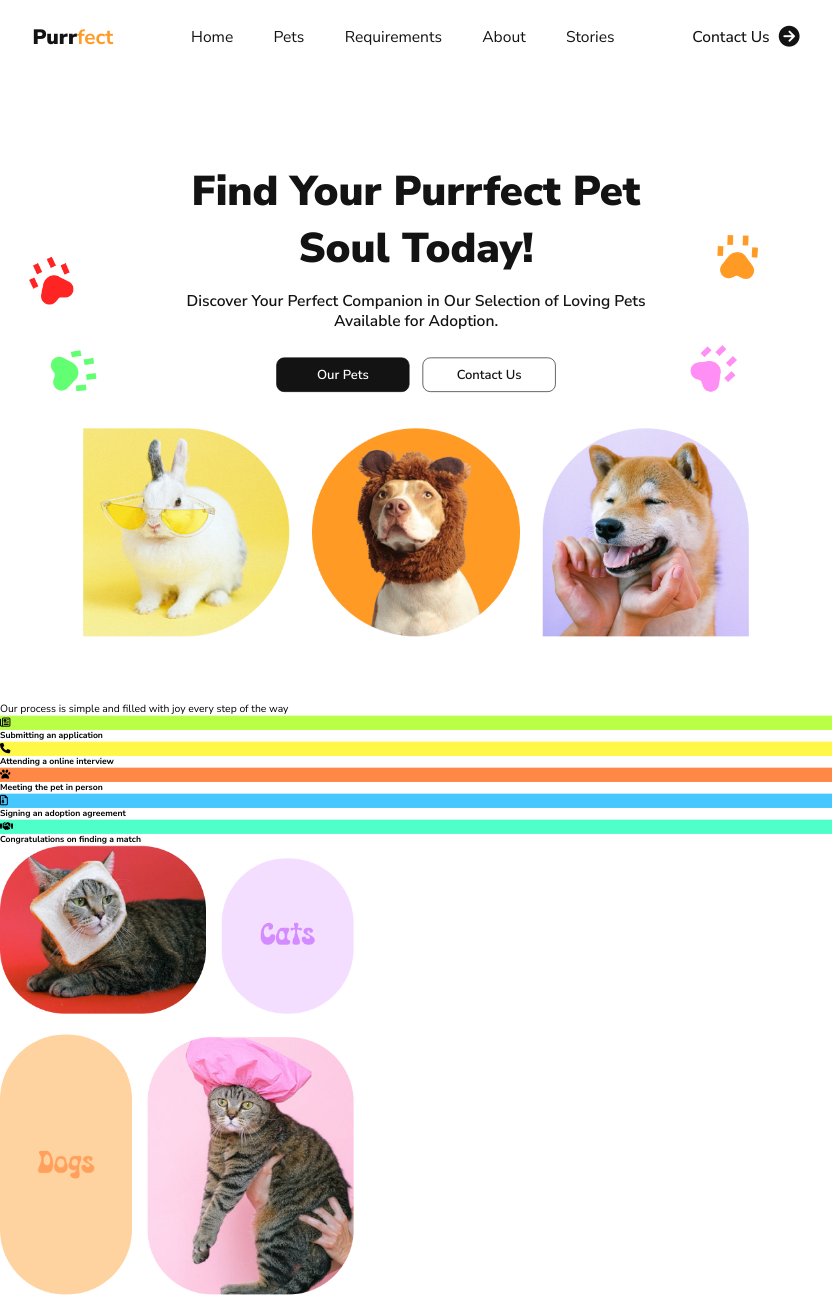
Repository: prashidika/purrfect-pet-adoption
Page: index.html
These files come from the project's save history. The page is drawn as it stood at one moment and after the next save; the edit follows.
The browser window is 1280 px wide. The pictures show the whole page, at 65% of full size.
Some web libraries are served in a nearby version.

Above is the page before, as saved 2025-08-25 08:15:32.

### index.html
<!DOCTYPE html>
<html lang="en">

<head>
    <meta charset="UTF-8" />
    <!-- Use for responsiveness -->
    <meta name="viewport" content="width=device-width, initial-scale=1.0" />
    <!-- link To CSS -->
    <link rel="stylesheet" href="style.css" />
    <!-- link To JS -->
    <script src="index.js" defer></script>
    <!-- For Scroll Reveal -->
    <script src="https://unpkg.com/scrollreveal"></script>
    <!-- For Icons -->
    <link rel="stylesheet" href="https://cdnjs.cloudflare.com/ajax/libs/font-awesome/6.5.2/css/all.min.css"
        integrity="sha512-SnH5WK+bZxgPHs44uWIX+LLJAJ9/2PkPKZ5QiAj6Ta86w+fsb2TkcmfRyVX3pBnMFcV7oQPJkl9QevSCWr3W6A=="
        crossorigin="anonymous" referrerpolicy="no-referrer" />
    <!-- Link For Gsap -->
    <script src="https://cdnjs.cloudflare.com/ajax/libs/gsap/3.12.5/gsap.min.js"
        integrity="sha512-7eHRwcbYkK4d9g/6tD/mhkf++eoTHwpNM9woBxtPUBWm67zeAfFC+HrdoE2GanKeocly/VxeLvIqwvCdk7qScg=="
        crossorigin="anonymous" referrerpolicy="no-referrer"></script>
    <!-- Link For Gsap - Scroll Trigger -->
    <script src="https://cdnjs.cloudflare.com/ajax/libs/gsap/3.12.5/ScrollTrigger.min.js"
        integrity="sha512-onMTRKJBKz8M1TnqqDuGBlowlH0ohFzMXYRNebz+yOcc5TQr/zAKsthzhuv0hiyUKEiQEQXEynnXCvNTOk50dg=="
        crossorigin="anonymous" referrerpolicy="no-referrer"></script>
    <!-- Link For Lenis - Smooth Scrolling -->
    <script src="https://unpkg.com/@studio-freight/lenis@1.0.42/dist/lenis.min.js"></script>
    <!-- Link For Split Type -->
    <script src="https://cdn.jsdelivr.net/npm/split-type@0.3.4/umd/index.min.js"></script>

    <title>Purrfect | Pet Adoption</title>
</head>

<body></body>

</html>

<!-- Navbar -->
<nav>
    <a href="index.html" class="brand">
        <h1>Purr<b class="accent">fect</b></h1>
    </a>

    <div class="menu">
        <div class="btn">
            <i class="fas fa-times close-btn" aria-label="Close menu"></i>
        </div>
        <a href="index.html">Home</a>
        <a href="index.html#pets">Pets</a>
        <a href="index.html#requirements">Requirements</a>
        <a href="index.html#about">About</a>
        <a href="index.html#stories">Stories</a>
    </div>

    <button class="btn-2" onclick="window.location.href='contact.html'">
        <p>Contact Us</p>
        <i class="fa-solid fa-circle-arrow-right"></i>
    </button>

    <div class="btn">
        <i class="fas fa-bars menu-btn" aria-label="Open menu"></i>
    </div>
</nav>
<!-- Navbar End ---->

<!-- Hero Page Section -->
<section class="heropage">
    <div class="hero-headlines">
        <h1>Find Your Purrfect Pet Soul Today!</h1>
        <p>
            Discover Your Perfect Companion in Our Selection of Loving Pets
            Available for Adoption.

        </p>
        <div class="hero-headlines-buttons">
            <button class="btn-3">Our Pets</button>
            <button class="btn-3 btn-transparent">Contact Us</button>
        </div>
    </div>
    <div class="hero-images">
        <img src="img/hero-img-1.png" alt="img" />
        <img src="img/hero-img-2.png" alt="img" />
        <img src="img/hero-img-3.png" alt="img" />
    </div>
</section>

<!-- Hero Page Section End -->

<section class="about" id="about">
    <div class="requirements-headlines">
        <p>Our process is simple and filled with joy every step of the way</p>

        <div class="r-item-container">
            <!-- r item 1 -->
            <div class="r-item">
                <div class="r-logo" style="background-color: #b9ff46">
                    <i class="fa-regular fa-newspaper"></i>
                </div>
                <h5>Submitting an application</h5>
            </div>
            <!-- r item 2 -->
            <div class="r-item">
                <div class="r-logo" style="background-color: #fff846">
                    <i class="fa-solid fa-phone"></i>
                </div>
                <h5>Attending a online interview</h5>
            </div>

            <!-- r item 3 -->
            <div class="r-item">
                <div class="r-logo" style="background-color: #ff8846">
                    <i class="fa-solid fa-paw"></i>
                </div>
                <h5>Meeting the pet in person</h5>
            </div>

            <!-- r item 4 -->
            <div class="r-item">
                <div class="r-logo" style="background-color: #46c7ff">
                    <i class="fa-regular fa-file-zipper"></i>
                </div>
                <h5>Signing an adoption agreement</h5>
            </div>

            <!-- r item 5 -->
            <div class="r-item">
                <div class="r-logo" style="background-color: #4fffca">
                    <i class="fa-solid fa-handshake"></i>
                </div>
                <h5>Congratulations on finding a match</h5>
            </div>
        </div>
    </div>
    <img src="img/requirements-img.png" alt="img" />
</section>

</body>

</html>

### style.css
@import url("https://fonts.googleapis.com/css2?family=Nunito+Sans:ital,opsz,wght@0,6..12,200..1000;1,6..12,200..1000&display=swap");

* {
    margin: 0;
    padding: 0;
    box-sizing: border-box;
    font-family: "Nunito Sans", sans-serif;
}

:root {
    --accent: #ff9a24;
    --black: #131313;
}

body {
    min-height: 100vh;
}

section {
    min-width: 100%;
    min-height: 100vh;
    background-repeat: no-repeat;
    background-position: center;
    background-size: cover;
}

/* Navbar Section */
nav {
    z-index: 999;
    position: fixed;
    top: 0;
    left: 0;
    width: 100%;
    /* Added % */
    display: flex;
    justify-content: space-between;
    align-items: center;
    /* Fixed typo: 'centre' → 'center' */
    color: var(--black);
    background-color: white;
    padding: 30px 50px;
    transition: all 0.4s ease-out;
    filter: drop-shadow(5px 5px 10px transparent);
}

nav.sticky {
    background-color: white;
    filter: drop-shadow(5px 5px 10px #ffbe745e);
}

.brand {
    text-decoration: none;
    transition: all ease-in-out 0.3s;
    color: var(--black);
}

.brand h1 {
    font-size: 32px;
    font-weight: 900;
}

.accent {
    color: var(--accent);
}

.brand:hover {
    /* Fixed typo: 'brand.hover' → 'brand:hover' */
    opacity: 0.8;
}

.menu {
    display: flex;
    justify-content: center;
    /* Fixed typo: 'centre' → 'center' */
    align-items: center;
    gap: 42px;
}

.menu a {
    display: inline-block;
    position: relative;
    color: var(--black);
    text-decoration: none;
    font-size: 24px;
    font-weight: 400;
    border-radius: 32px;
    background-color: white;
    padding: 10px;
    transition: all 0.2s ease-out;
}

.menu a:hover {
    background-color: var(--accent);
    color: white;
}

.btn {
    color: white;
    font-size: 25px;
    cursor: pointer;
    display: none;
}

.btn-2 {
    display: flex;
    align-items: center;
    /* Fixed typo: 'centre' → 'center' */
    gap: 14px;
    font-size: 24px;
    font-weight: 500;
    color: var(--black);
    transition: all ease-in-out 0.2s;
    background-color: transparent;
    border: none;
    cursor: pointer;
}

.btn-2 i {
    font-size: 32px;
    transition: all 0.2s ease-out;
}

/* Fixed typo: '.btn2:hover i' → '.btn-2:hover i' */
.btn-2:hover i {
    color: var(--accent);
}

.btn-2:hover {
    gap: 10px;
}

/* ----------------- Hero Section ----------------- */
.heropage {
    margin-top: 150px;
    display: flex;
    flex-direction: column;
    align-items: center;
    background-image: url("img/hero-background-image.png");
    background-size: cover;
    background-position: center;
    padding: 100px 20px;
}

.hero-headlines {
    display: flex;
    flex-direction: column;
    align-items: center;
    width: 750px;
    text-align: center;
}

.hero-headlines h1 {
    font-size: 64px;
    font-weight: 900;
    margin-bottom: 20px;
    color: var(--black);
}

.hero-headlines p {
    font-size: 24px;
    font-weight: 600;
    margin-bottom: 40px;
    color: var(--black);
}

/* Hero Buttons */
.hero-headlines-buttons {
    display: flex;
    gap: 20px;
    flex-wrap: wrap;
}

.btn-3 {
    width: 205px;
    height: 53px;
    background-color: var(--black);
    font-size: 20px;
    font-weight: 600;
    color: white;
    border-radius: 12px;
    border: 1px solid var(--black);
    cursor: pointer;
    transition: all 0.2s ease-out;
}

.btn-3:hover {
    background-color: var(--accent);
    border-color: var(--accent);
}

/* Transparent Button */
.btn-transparent {
    background-color: transparent;
    color: var(--black);
    border: 1px solid var(--black);
}

.btn-transparent:hover {
    background-color: var(--accent);
    color: white;
    border-color: var(--accent);
}

/* Hero Images */
.hero-images {
    display: flex;
    margin-top: 56px;
    gap: 35px;
}

### index.js
// NAVBAR
const navbar = document.querySelector("nav");

// Scroll effect
window.addEventListener("scroll", () =>
    navbar.classList.toggle("sticky", window.scrollY > 0)
);

// Menu toggle
const menu = document.querySelector(".menu");
const toggleMenu = () => menu.classList.toggle("active");

// Event listeners for open/close menu
document.querySelector(".menu-btn").addEventListener("click", toggleMenu);
document.querySelector(".close-btn").addEventListener("click", toggleMenu);

// Close menu when clicking a link
document
    .querySelectorAll(".menu a")
    .forEach((link) => link.addEventListener("click", toggleMenu));

After the next save:
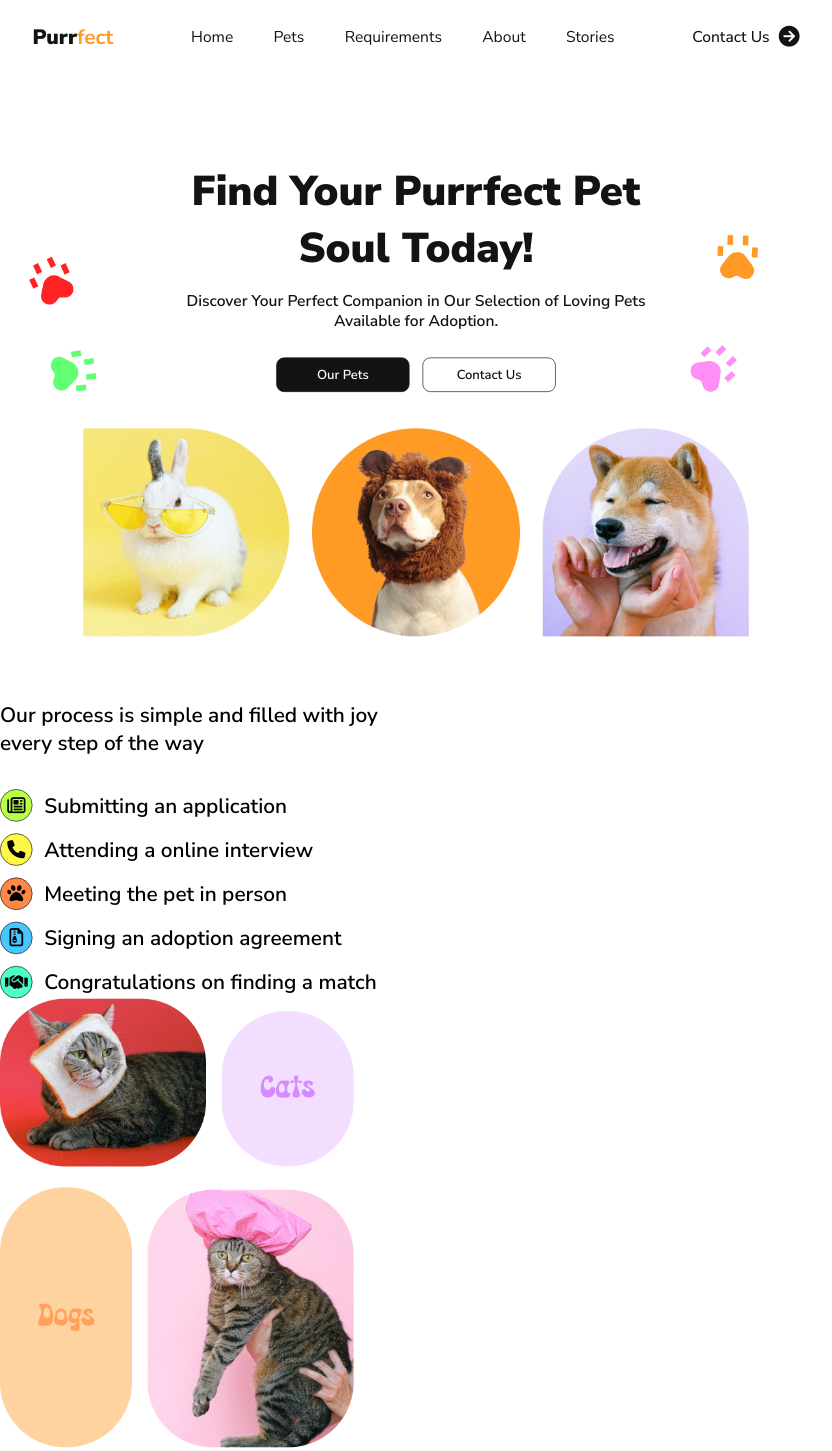
Saved 7 min 29 s later.
--- a/style.css
+++ b/style.css
@@ -207,3 +207,58 @@ nav.sticky {
     margin-top: 56px;
     gap: 35px;
 }
+
+/* Requirements Section */
+.requirements {
+    margin-top: 50px;
+    align-items: center;
+    justify-content: center;
+    display: flex;
+    background-image: url("img/requirements-background-img.png");
+}
+
+.requirements-headlines {
+    width: 658px;
+}
+
+.requirements-headlines h1 {
+    font-size: 96px;
+    font-weight: 900;
+}
+
+.requirements-headlines p {
+    font-size: 32px;
+    font-weight: 600;
+    margin-bottom: 49px;
+}
+
+.r-item-container {
+    display: flex;
+    flex-direction: column;
+    gap: 18px;
+}
+
+.r-item {
+    display: flex;
+    align-items: center;
+    gap: 18px;
+}
+
+.r-logo {
+    width: 50px;
+    height: 50px;
+    border: 1px solid var(--black);
+    border-radius: 100%;
+    display: flex;
+    align-items: center;
+    justify-content: center;
+}
+
+.r-logo i {
+    font-size: 28px;
+}
+
+.r-item h5 {
+    font-size: 32px;
+    font-weight: 600;
+}
